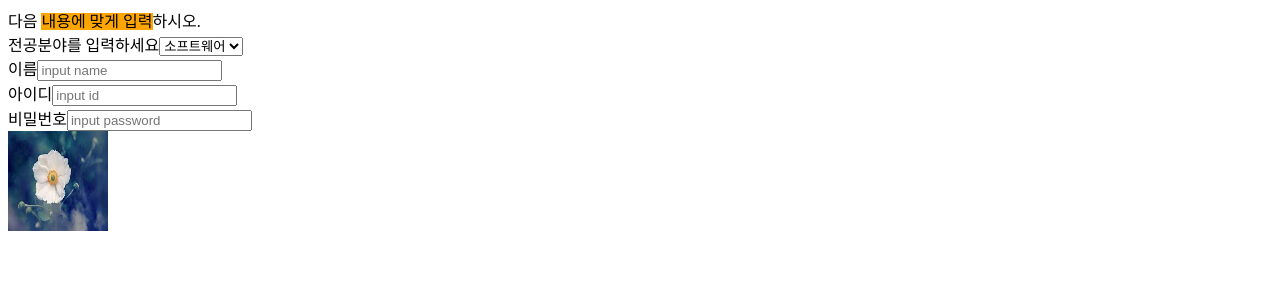
Repository: jwlee0714/HTML
Page: html/quiz-설문조사.html
These files come from the project's save history. The page is drawn as it stood at one moment and after the next save; the edit follows.
The browser window is 1280 px wide. The pictures show the whole page.

Above is the page before, as saved 2021-10-05 08:20:26.

After the next save:
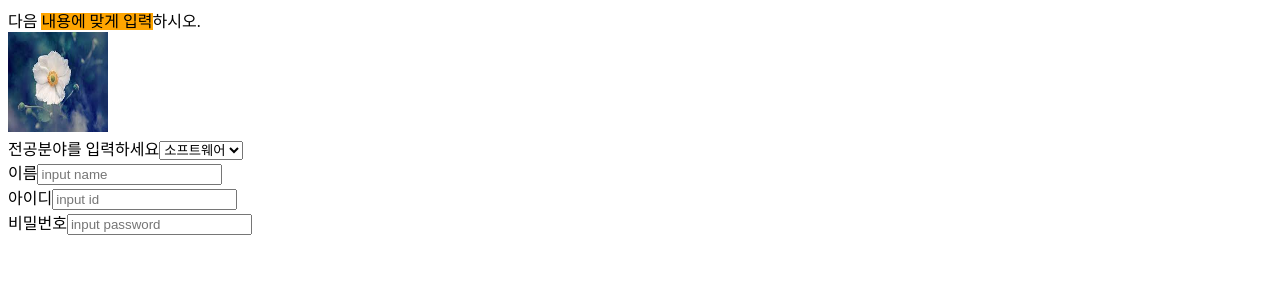
Saved 67 s later.
--- a/html/quiz-설문조사.html
+++ b/html/quiz-설문조사.html
@@ -11,6 +11,10 @@
 		<span style="background-color:orange;">내용에 맞게 입력</span>하시오.
 	</div>
 
+	<td align="right">
+			<img src="img/다운로드.jfif" width="100"height="100">
+
+			</td>
 
 	<form method="get">
 		전공분야를 입력하세요<select name ="select">
@@ -24,9 +28,6 @@
 
 	</form>
 
-		<td align="right">
-			<img src="img/다운로드.jfif" width="100"height="100">
 
-			</td>
 </body>
 </html>
